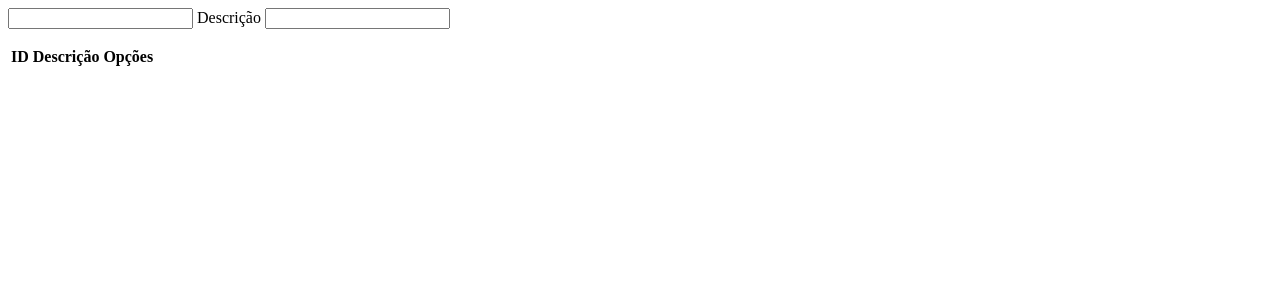
Repository: heloisakrajewski/projeto-leo
Page: Projeto/pyrafilms/WebContent/genero.html
An editor plug-in stored every save of this project. The page is shown before and after the next save, followed by the edit.
The browser window is 1280 px wide. The pictures show the whole page.

Above is the page before, as saved 2016-11-26 20:59:25.

After the next save:
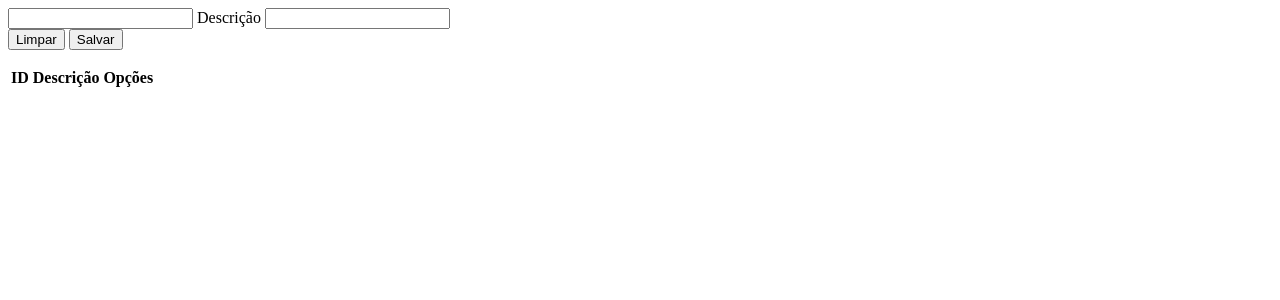
Saved 36 s later.
--- a/Projeto/pyrafilms/WebContent/genero.html
+++ b/Projeto/pyrafilms/WebContent/genero.html
@@ -3,6 +3,50 @@
     <meta name="viewport" content="width=device-width, initial-scale=1">
     <meta name="description" content="">
     <meta name="author" content="">
+
+<!--
+<div class="container">
+
+	<div class="panel panel-primary">
+		<div class="panel-heading">Administrar genero</div>
+		<div class="panel-body">
+
+			<form id="criarGeneroForm">
+				<div class="form-group">
+					<label hidden>Id</label>
+					<input type="text" class="form-control hidden" name="id" />
+
+					<label>Descrição</label>
+					<input type="text" class="form-control" name="descricao" />
+
+					<br />
+
+					<div class="btn-block btn-group">
+					<input type="reset" class="btn btn-default" value="Limpar" />
+					<input type="button" class="btn btn-primary" value="Salvar"
+						onclick="adicionarGenero();" />
+					</div>
+				</div>
+			</form>
+		</div>
+		<div class="panel panel-default">
+			<div class="panel-heading">Listagem de Generos</div>
+			<table id="grid-generos" class="table">
+				<thead>
+					<tr>
+						<th class="text-center">ID</th>
+						<th class="text-center">Nome</th>
+						<th class="text-center">Opções</th>
+					</tr>
+				</thead>
+				<tr>
+
+				</tr>
+			</table>
+		</div>
+	</div>
+</div>
+ -->
 
 <div class="col-lg-6">
 	 <form id="criarGeneroForm">
@@ -13,6 +57,17 @@
 				<input type="text" class="form-control" name="descricao" />
 			</div>
 		</div>
+		<div class="form-group text-center">
+		<div class="row">
+			<div class="col-lg-12">
+				<div class="btn-block btn-group">
+				<input type="reset" class="btn btn-default" value="Limpar" />
+				<input type="button" class="btn btn-primary" value="Salvar"
+					onclick="adicionarFilme();" />
+				</div>
+			</div>
+		</div>
+	</div>
 	</form>
 </div>
 <div class="col-lg-6">
@@ -25,6 +80,7 @@
 			</tr>
 		</thead>
 		<tr>
+
 		</tr>
 	</table>
 </div>
